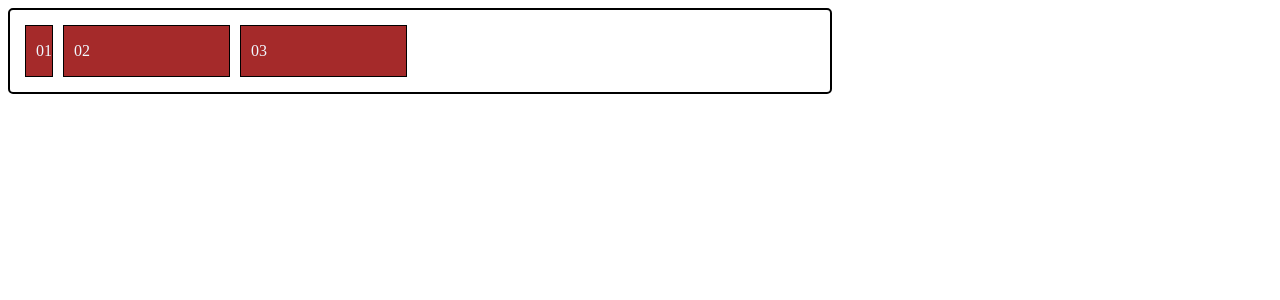
Repository: ozielms/flexbox
Page: outros/flexbox-master/index.html
An editor plug-in stored every save of this project. The page is shown before and after the next save, followed by the edit.
The browser window is 1280 px wide. The pictures show the whole page.

Above is the page before, as saved 2022-04-23 04:01:34.

### outros/flexbox-master/index.html
<!DOCTYPE html>
<html lang="en">

<head>
    <meta charset="UTF-8">
    <meta http-equiv="X-UA-Compatible" content="IE=edge">
    <meta name="viewport" content="width=device-width, initial-scale=1.0">
    <title>Flexbox</title>

    <link rel="stylesheet" href="css/estilo.css">
</head>

<body>

    <div class="pai">
        <div class="filho1">
            <p>01</p>
        </div>
        <div class="filho2">
            <p>02</p>
        </div>
        <div class="filho3">
            <p>03</p>
        </div>
    </div>

</body>

</html>

### outros/flexbox-master/css/estilo.css
.pai {
    max-width: 800px;
    padding: 10px;
    border: 2px solid black;
    border-radius: 5px;
    display: flex;
    flex-direction: row;
    align-items: center;
}

.filho1 {
    background-color: brown;
    border: 1px solid black;
    margin: 5px;
}

.filho2 {
    width: 20%;
    height: 99%;
    background-color: brown;
    border: 1px solid black;
    margin: 5px;
}

.filho3 {
    width: 20%;
    height: 99%;
    background-color: brown;
    border: 1px solid black;
    margin: 5px;
}

.filho1,
.filho2,
.filho3,
div p {
    color: aliceblue;
    padding-left: 5px;
}

After the next save:
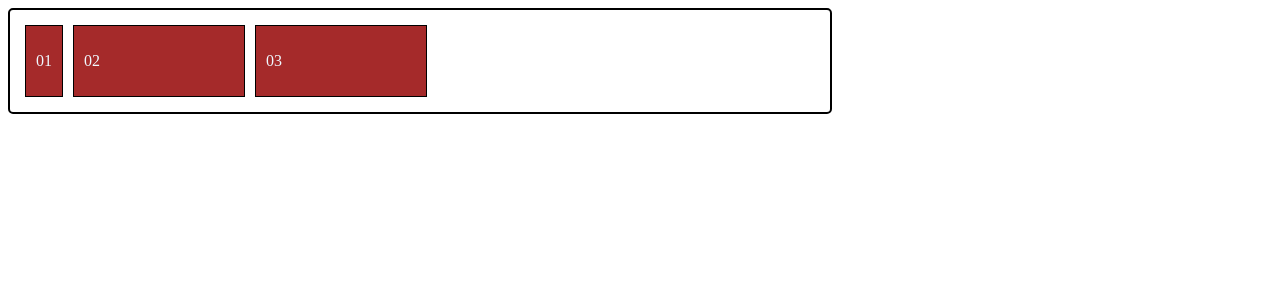
Saved 6 s later.
--- a/outros/flexbox-master/css/estilo.css
+++ b/outros/flexbox-master/css/estilo.css
@@ -35,5 +35,5 @@
 .filho3,
 div p {
     color: aliceblue;
-    padding-left: 5px;
+    padding: 5px;
 }
